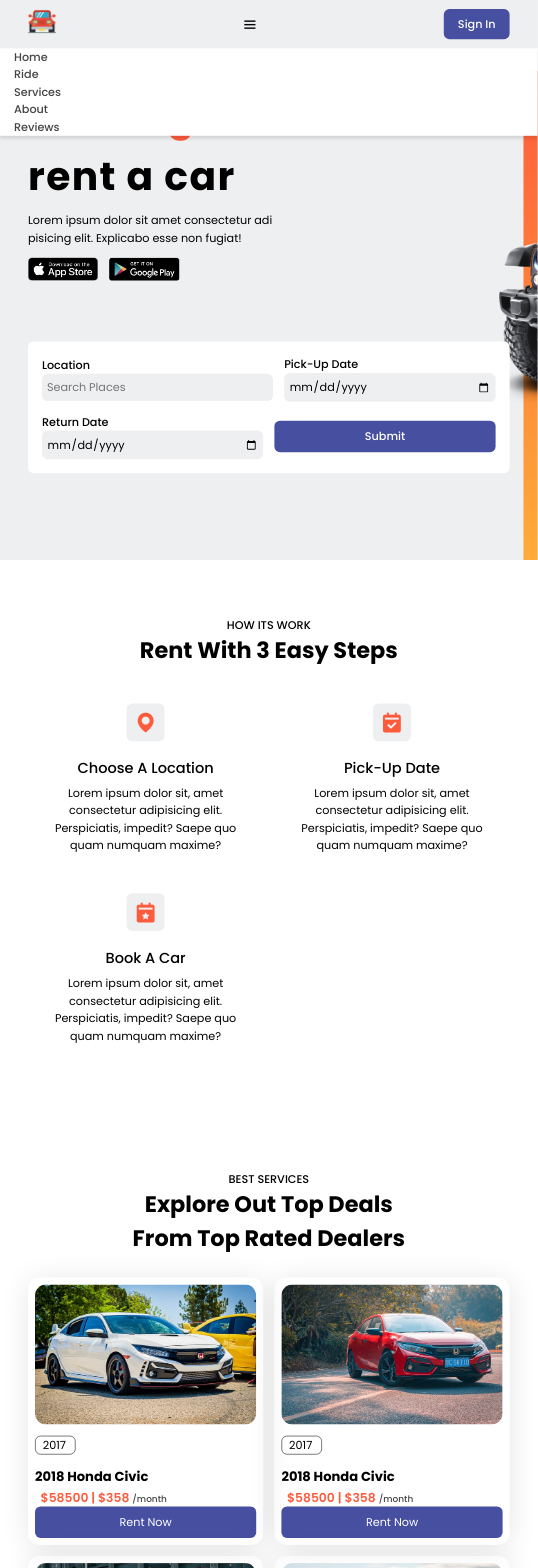
Repository: douglasabnovato/car-rental
Page: index.html
These files come from the project's save history. The page is drawn as it stood at one moment and after the next save; the edit follows.
The browser window is 768 px wide. The pictures show the part of the page from y = 0 to 2240 px (the page is 4778 px tall), at 70% of full size.

Above is the page before, as saved 2025-05-16 21:40:27.

### index.html
<!DOCTYPE html>
<html lang="en">
  <head>
    <meta charset="UTF-8" />
    <meta name="viewport" content="width=device-width, initial-scale=1.0" />
    <title>Car Rental</title>
    <link
      rel="stylesheet"
      href="https://cdn.jsdelivr.net/npm/boxicons@latest/css/boxicons.min.css"
    />
    <link rel="stylesheet" href="./style.css" />
  </head>
  <body>
    <!-- Header -->
    <header>
      <a href="#" class="logo"
        ><img src="./assets/jeep.png" alt="logo da car rental" srcset=""
      /></a>
      <div class="bx bx-menu" id="menu-icon"></div>
      <ul class="navbar">
        <li><a href="#home">Home</a></li>
        <li><a href="#ride">Ride</a></li>
        <li><a href="#services">Services</a></li>
        <li><a href="#about">About</a></li>
        <li><a href="#reviews">Reviews</a></li>
      </ul>
      <div class="header-btn">
        <a href="#" class="sign-up">Sign Up</a>
        <a href="#" class="sign-in">Sign In</a>
      </div>
    </header>

    <!-- Home -->
    <section class="home" id="home">
      <div class="text">
        <h1>
          <span>Looking</span> to <br />
          rent a car
        </h1>
        <p>
          Lorem ipsum dolor sit amet consectetur adi <br />
          pisicing elit. Explicabo esse non fugiat!
        </p>
        <div class="app-stores">
          <img src="./assets/ios.png" alt="" />
          <img src="./assets/play.png" alt="" />
        </div>
      </div>
      <div class="form-container">
        <form action="">
          <div class="input-box">
            <span>Location</span>
            <input type="search" name="" id="" placeholder="Search Places" />
          </div>
          <div class="input-box">
            <span>Pick-Up Date</span>
            <input type="date" name="" id="" />
          </div>
          <div class="input-box">
            <span>Return Date</span>
            <input type="date" name="" id="" />
          </div>
          <input type="submit" name="" id="" class="btn" />
        </form>
      </div>
    </section>

    <!-- Ride -->
    <section class="ride" id="ride">
      <div class="heading">
        <span>How Its Work</span>
        <h1>Rent With 3 Easy Steps</h1>
      </div>
      <div class="ride-container">
        <div class="box">
          <i class="bx bxs-map"></i>
          <h2>Choose A Location</h2>
          <p>
            Lorem ipsum dolor sit, amet consectetur adipisicing elit.
            Perspiciatis, impedit? Saepe quo quam numquam maxime?
          </p>
        </div>
        <div class="box">
          <i class="bx bxs-calendar-check"></i>
          <h2>Pick-Up Date</h2>
          <p>
            Lorem ipsum dolor sit, amet consectetur adipisicing elit.
            Perspiciatis, impedit? Saepe quo quam numquam maxime?
          </p>
        </div>
        <div class="box">
          <i class="bx bxs-calendar-star"></i>
          <h2>Book A Car</h2>
          <p>
            Lorem ipsum dolor sit, amet consectetur adipisicing elit.
            Perspiciatis, impedit? Saepe quo quam numquam maxime?
          </p>
        </div>
      </div>
    </section>

    <!-- Services -->
    <section class="services" id="services">
      <div class="heading">
        <span>Best Services</span>
        <h1>
          Explore Out Top Deals <br />
          From Top Rated Dealers
        </h1>
      </div>
      <div class="services-container">
        <div class="box">
          <div class="box-img">
            <img src="./assets/car1.jpg" alt="car1" />
          </div>
          <p>2017</p>
          <h3>2018 Honda Civic</h3>
          <h2>$58500 | $358 <span> /month</span></h2>
          <a href="#" class="btn">Rent Now</a>
        </div>

        <div class="box">
          <div class="box-img">
            <img src="./assets/car2.jpg" alt="car1" />
          </div>
          <p>2017</p>
          <h3>2018 Honda Civic</h3>
          <h2>$58500 | $358 <span> /month</span></h2>
          <a href="#" class="btn">Rent Now</a>
        </div>

        <div class="box">
          <div class="box-img">
            <img src="./assets/car3.jpg" alt="car1" />
          </div>
          <p>2017</p>
          <h3>2018 Honda Civic</h3>
          <h2>$58500 | $358 <span> /month</span></h2>
          <a href="#" class="btn">Rent Now</a>
        </div>

        <div class="box">
          <div class="box-img">
            <img src="./assets/car4.jpg" alt="car1" />
          </div>
          <p>2017</p>
          <h3>2018 Honda Civic</h3>
          <h2>$58500 | $358 <span> /month</span></h2>
          <a href="#" class="btn">Rent Now</a>
        </div>

        <div class="box">
          <div class="box-img">
            <img src="./assets/car5.jpg" alt="car1" />
          </div>
          <p>2017</p>
          <h3>2018 Honda Civic</h3>
          <h2>$58500 | $358 <span> /month</span></h2>
          <a href="#" class="btn">Rent Now</a>
        </div>

        <div class="box">
          <div class="box-img">
            <img src="./assets/car6.jpg" alt="car1" />
          </div>
          <p>2017</p>
          <h3>2018 Honda Civic</h3>
          <h2>$58500 | $358 <span> /month</span></h2>
          <a href="#" class="btn">Rent Now</a>
        </div>
      </div>
    </section>

    <!-- About -->
    <section class="about" id="about">
      <div class="heading">
        <span>About Us</span>
        <h1>Best Customer Experience</h1>
      </div>
      <div class="about-container">
        <div class="about-img">
          <img src="./assets/about.png" alt="" />
        </div>
        <div class="about-text">
          <span>About Us</span>
          <p>
            Lorem ipsum dolor sit amet consectetur adipisicing elit. Nemo atque
            quidem excepturi sunt est qui corporis iusto quo nobis vitae
            molestias veniam deleniti fugiat, beatae iste doloribus rerum
            officiis iure voluptates perferendis eaque ratione?
          </p>
          <a href="#" class="btn">Learn More</a>
        </div>
      </div>
    </section>

    <!-- Reviews -->
    <section class="reviews" id="reviews">
      <div class="heading">
        <span>Reviews</span>
        <h1>Whats Our Customer Say</h1>
      </div>
      <div class="reviews-container">
        <div class="box">
          <div class="rev-img">
            <img src="./assets/rev1.jpg" alt="" />
          </div>
          <h2>Someone Name</h2>
          <div class="stars">
            <i class="bx bxs-star"></i>
            <i class="bx bxs-star"></i>
            <i class="bx bxs-star"></i>
            <i class="bx bxs-star"></i>
            <i class="bx bxs-star-half"></i>
          </div>
          <p>
            Lorem ipsum dolor sit amet consectetur adipisicing elit. Explicabo
            qui similique laborum hic molestiae. Quaerat ipsa cum sit.
          </p>
        </div>
        <div class="box">
          <div class="rev-img">
            <img src="./assets/rev2.jpg" alt="" />
          </div>
          <h2>Someone Name</h2>
          <div class="stars">
            <i class="bx bxs-star"></i>
            <i class="bx bxs-star"></i>
            <i class="bx bxs-star"></i>
            <i class="bx bxs-star"></i>
            <i class="bx bxs-star-half"></i>
          </div>
          <p>
            Lorem ipsum dolor sit amet consectetur adipisicing elit. Explicabo
            qui similique laborum hic molestiae. Quaerat ipsa cum sit.
          </p>
        </div>
        <div class="box">
          <div class="rev-img">
            <img src="./assets/rev3.jpg" alt="" />
          </div>
          <h2>Someone Name</h2>
          <div class="stars">
            <i class="bx bxs-star"></i>
            <i class="bx bxs-star"></i>
            <i class="bx bxs-star"></i>
            <i class="bx bxs-star"></i>
            <i class="bx bxs-star-half"></i>
          </div>
          <p>
            Lorem ipsum dolor sit amet consectetur adipisicing elit. Explicabo
            qui similique laborum hic molestiae. Quaerat ipsa cum sit.
          </p>
        </div>
      </div>
    </section>

    <!-- Newsletter -->
    <section class="newsletter">
      <h2>Subscribe To Newsletter</h2>
      <div class="box">
        <input type="text" placeholder="Enter Your E-mail ..." />
        <a href="#" class="btn">Subscribe</a>
      </div>
    </section>

    <!-- Copyright -->
    <div class="copyright">
      <p>&#169; @douglasabnovato All Right Reserved</p>
      <div class="social">
        <a href="#"><i class="bx bxl-facebook"></i></a>
        <a href="#"><i class="bx bxl-twitter"></i></a>
        <a href="#"><i class="bx bxl-instagram"></i></a>
      </div>
    </div>

    <!-- Link to JS -->
    <script src="./script.js"></script>
  </body>
</html>

### style.css
@import url("https://fonts.googleapis.com/css2?family=Noto+Sans:ital,wght@0,100..900;1,100..900&family=Poppins:ital,wght@0,100;0,200;0,300;0,400;0,500;0,600;0,700;0,800;0,900;1,100;1,200;1,300;1,400;1,500;1,600;1,700;1,800;1,900&display=swap");

* {
  margin: 0;
  padding: 0;
  box-sizing: border-box;
  scroll-padding-top: 2rem;
  scroll-behavior: smooth;
  list-style: none;
  text-decoration: none;
  font-family: "Poppins", sans-serif;
}

:root {
  --main-color: #fe5b3d;
  --second-color: #ffac38;
  --text-color: #444;
  --gradient: linear-gradient(#fe5b3d, #ffac38);
}

html::-webkit-scrollbar {
  width: 0.5rem;
}

html::-webkit-scrollbar-track {
  background: transparent;
}

html::-webkit-scrollbar-thumb {
  background: var(--main-color);
  border-radius: 5rem;
}

section {
  padding: 50px 100px;
}

/* Header */

header {
  position: fixed;
  width: 100%;
  top: 0;
  right: 0;
  z-index: 1000;
  display: flex;
  align-items: center;
  justify-content: space-between;
  background: #eeeff1;
  padding: 15px 100px;
}

.logo img {
  width: 40px;
}

.navbar {
  display: flex;
}

.navbar li {
  position: relative;
}

.navbar a {
  font-size: 1rem;
  padding: 10px 20px;
  color: var(--text-color);
  font-weight: 500;
}

.navbar a:after {
  content: "";
  width: 0;
  height: 3px;
  background: var(--gradient);
  position: absolute;
  bottom: -4px;
  left: 0;
  transition: 0.5s;
}

.navbar a:hover::after {
  width: 100%;
}

#menu-icon {
  font-size: 24px;
  cursor: pointer;
  z-index: 10001;
  display: none;
}

.header-btn a {
  padding: 10px 20px;
  color: var(--text-color);
  font-weight: 500;
}

.header-btn .sign-in {
  background: #474fa0;
  color: #fff;
  border-radius: 0.5rem;
}

.header-btn .sign-in:hover {
  background: var(--main-color);
}

/* Home */
.home {
  width: 100%;
  min-height: 100vh;
  position: relative;
  background: url(./assets/Car\ Website\ –\ 1@2x.png);
  background-repeat: no-repeat;
  background-position: center right;
  background-size: cover;
  display: grid;
  align-items: center;
  grid-template-columns: repeat(2, 1fr);
}

.text h1 {
  font-size: 3.5rem;
  letter-spacing: 2px;
}

.text span {
  color: var(--main-color);
}

.text p {
  margin: 0.5rem 0 1rem;
}

.app-stores {
  display: flex;
}

.app-stores img {
  width: 100px;
  margin-right: 1rem;
  cursor: pointer;
}

.form-container form {
  display: flex;
  flex-wrap: wrap;
  align-items: center;
  gap: 1rem;
  position: absolute;
  bottom: 4rem;
  left: 100px;
  background: #fff;
  padding: 20px;
  border-radius: 0.5rem;
}

.input-box {
  flex: 1 1 7rem;
  display: flex;
  flex-direction: column;
}

.input-box span {
  font-weight: 500;
}

.input-box input {
  padding: 7px;
  outline: none;
  border: none;
  background: #eeeff1;
  border-radius: 0.5rem;
  font-size: 1rem;
}

.form-container form .btn {
  flex: 1 1 7rem;
  padding: 10px 34px;
  border: none;
  border-radius: 0.5rem;
  background: #474fa0;
  color: #fff;
  font-size: 1rem;
  font-weight: 500;
}

.form-container form .btn:hover {
  background: var(--main-color);
  cursor: pointer;
}

/* Ride */
.heading {
  text-align: center;
}

.heading span {
  font-weight: 500;
  text-transform: uppercase;
}

.heading h1 {
  font-size: 2rem;
}

.ride-container {
  display: grid;
  align-items: center;
  grid-template-columns: repeat(auto-fit, minmax(250px, auto));
  gap: 1rem;
  margin-top: 2rem;
}

.ride-container .box {
  text-align: center;
  padding: 20px;
}

.ride-container .box .bx {
  font-size: 34px;
  padding: 10px;
  background: #eeeff1;
  border-radius: 0.5rem;
  color: var(--main-color);
}

.ride-container .box h2 {
  font-size: 1.3rem;
  font-weight: 500;
  margin: 1.4rem 0 0.5rem;
}

.ride-container .box .bx:hover,
.ride-container .box .bx .bxs-calendar-star {
  background: var(--gradient);
  color: #fff;
}

/* Services */
.services-container {
  display: grid;
  grid-template-columns: repeat(auto-fit, minmax(300px, auto));
  gap: 1rem;
  margin-top: 2rem;
}

.services-container .box {
  padding: 10px;
  border-radius: 1rem;
  box-shadow: 1px 4px 41px rgba(0, 0, 0, 0.1);
}

.services-container .box .box-img {
  width: 100%;
  height: 200px;
}

.services-container .box .box-img img {
  width: 100%;
  height: 100%;
  border-radius: 1rem;
  object-fit: cover;
  object-position: center;
}

.services-container .box p {
  padding: 0 10px;
  border: 1px solid var(--text-color);
  width: 58px;
  border-radius: 0.5rem;
  margin: 1rem 0 1rem;
}

.services-container .box h2 {
  font-size: 1.1rem;
  font-weight: 600;
  color: var(--main-color);
  margin: 0.2rem 0 0 0.5rem;
}

.services-container .box h2 span {
  font-size: 0.8rem;
  font-weight: 500;
  color: var(--text-color);
}

.services-container .box .btn {
  display: flex;
  justify-content: center;
  background: #474fa0;
  color: #fff;
  padding: 10px;
  border-radius: 0.5rem;
}

.services-container .box .btn:hover {
  background: var(--main-color);
}

/* About */
.about-container {
  display: grid;
  grid-template-columns: repeat(2, 1fr);
  margin-top: 2rem;
  align-items: center;
  gap: 1rem;
}

.about-img img {
  width: 100%;
}

.about-text span {
  font-weight: 500;
  color: var(--main-color);
  text-transform: uppercase;
}

.about-text p {
  margin: 0.5rem 0 1.4rem;
}

.about-text .btn {
  padding: 10px 20px;
  background: #474fa0;
  color: #fff;
  border-radius: 0.5rem;
}

.about-text .btn:hover {
  background: var(--main-color);
}

/* Review */
.reviews-container {
  display: grid;
  grid-template-columns: repeat(auto-fit, minmax(250px, auto));
  gap: 1rem;
  margin-top: 2rem;
}

.rev-img {
  width: 70px;
  height: 70px;
}

.rev-img img {
  width: 100%;
  height: 100%;
  border-radius: 50%;
  object-fit: cover;
  object-position: center;
  border: 2px solid var(--second-color);
}

.reviews-container .box {
  display: flex;
  flex-direction: column;
  align-items: center;
  text-align: center;
  padding: 20px;
  box-shadow: 1px 4px 41px rgba(0, 0, 0, 0.1);
  border-radius: 0.5rem;
}

.reviews-container .box h2 {
  font-size: 1.1rem;
  font-weight: 600;
  margin: 0.5rem 0 0.5rem;
}

.reviews-container .box p {
  font-style: italic;
}

.reviews-container .box .stars .bx {
  color: var(--main-color);
}

/* Newsletter */
.newsletter {
  background: linear-gradient(to top right, #fe5b3d, #ffac38);
  display: flex;
  flex-direction: column;
  align-items: center;
}

.newsletter h2 {
  color: #fff;
  font-size: 1.8rem;
}

.newsletter .box {
  margin-top: 1rem;
  background: #fff;
  border-radius: 0.5rem;
  padding: 4px 8px;
  width: 350px;
  display: flex;
  justify-content: space-between;
}

.newsletter .box input {
  border: none;
  outline: none;
}

.newsletter .box .btn {
  background: #474fa0;
  color: #fff;
  padding: 8px 20px;
  border-radius: 0.5rem;
}

/* Copyright */
.copyright {
  padding: 20px;
  display: flex;
  justify-content: space-between;
  align-items: center;
}

.social a {
  color: #444;
  padding: 10px;
  font-size: 21px;
  transition: font-size 2s;
}

.social a:hover {
  font-size: 24px;
  color: #fe5b3d;
}

/* Responsive */

@media (max-width: 991px) {
  header {
    padding: 18px 40px;
  }
  section {
    padding: 80px 40px;
  }
}

@media (max-width: 891px) {
  .home {
    background-position: left;
  }
  .form-container form {
    bottom: 0.2rem;
    left: 40px;
  }
}

@media (max-width: 768px) {
  header {
    padding: 11px 40px;
  }

  #menu-icon {
    display: initial;
  }

  .sign-up {
    display: none;
  }

  .text h2 {
    font-size: 2.5rem;
  }

  .home {
    grid-template-columns: 1fr;
  }

  .form-container form {
    position: unset;
  }

  header .navbar {
    position: absolute;
    top: 100%;
    left: 0;
    right: 0;
    display: flex;
    flex-direction: column;
    background: #fff;
    box-shadow: 0 4px 4px rgba(0, 0, 0, .1);
    transition: .2 ease;
    text-align: left;
  }
}

Loaded but not shown: script.js (no stored copy; drawn as an empty file)

After the next save:
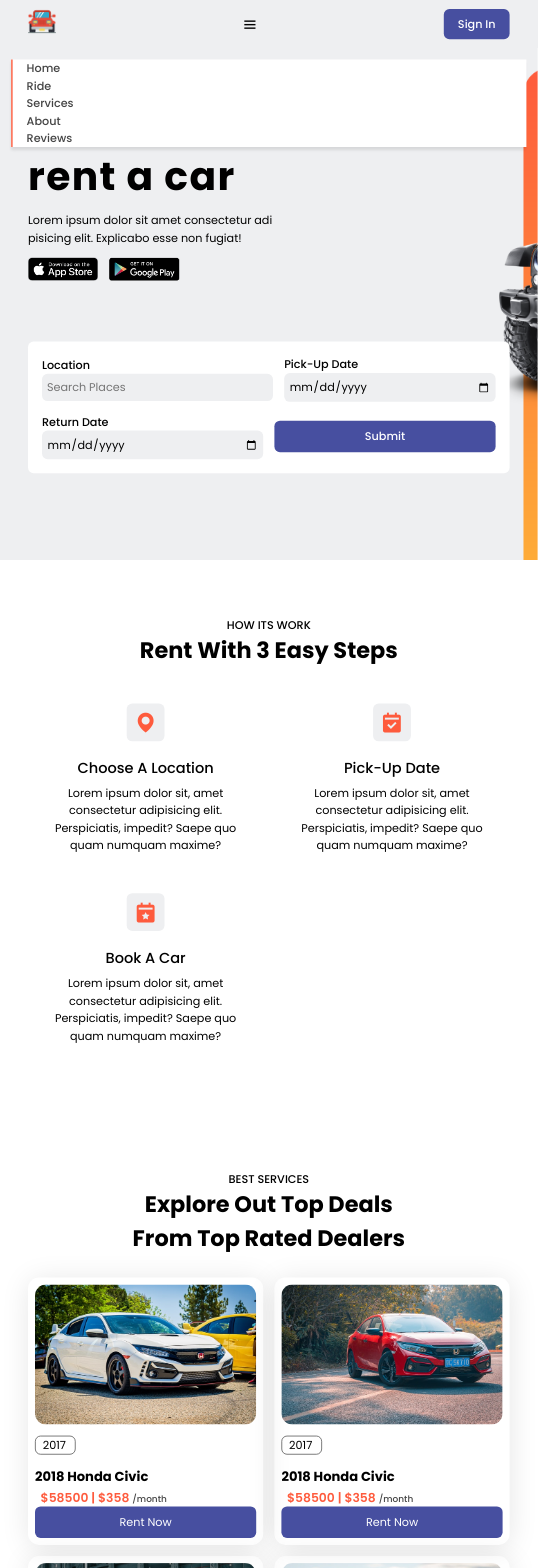
Saved 50 s later.
--- a/style.css
+++ b/style.css
@@ -492,5 +492,8 @@ header {
     box-shadow: 0 4px 4px rgba(0, 0, 0, .1);
     transition: .2 ease;
     text-align: left;
-  }
-}
+    border-left: 2px solid var(--main-color);
+    margin: 1rem;
+    display: block;
+  }
+}
